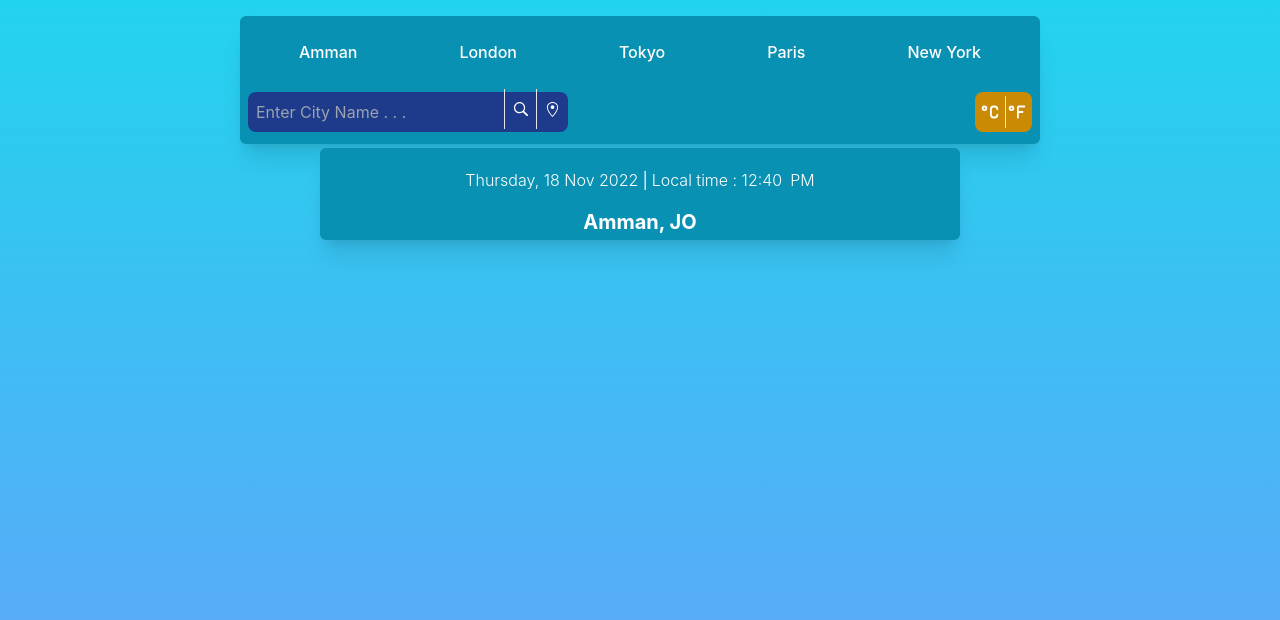
Repository: SaadYasin/next-js-forecast-tailwind
Page: /
The author's editor kept a copy of each file at every save. The page is drawn from the files as they stood at one save, then again after the next save.
The browser window is 1280 px wide. The pictures show the whole page.
The project was rebuilt for these pictures with package versions that can differ from the ones it lists, and the page was loaded fresh each time. The framework's server and built-in components were replaced by stand-ins that run in the browser.

Above is the page before, as saved 2022-11-18 22:26:40.

After the next save:
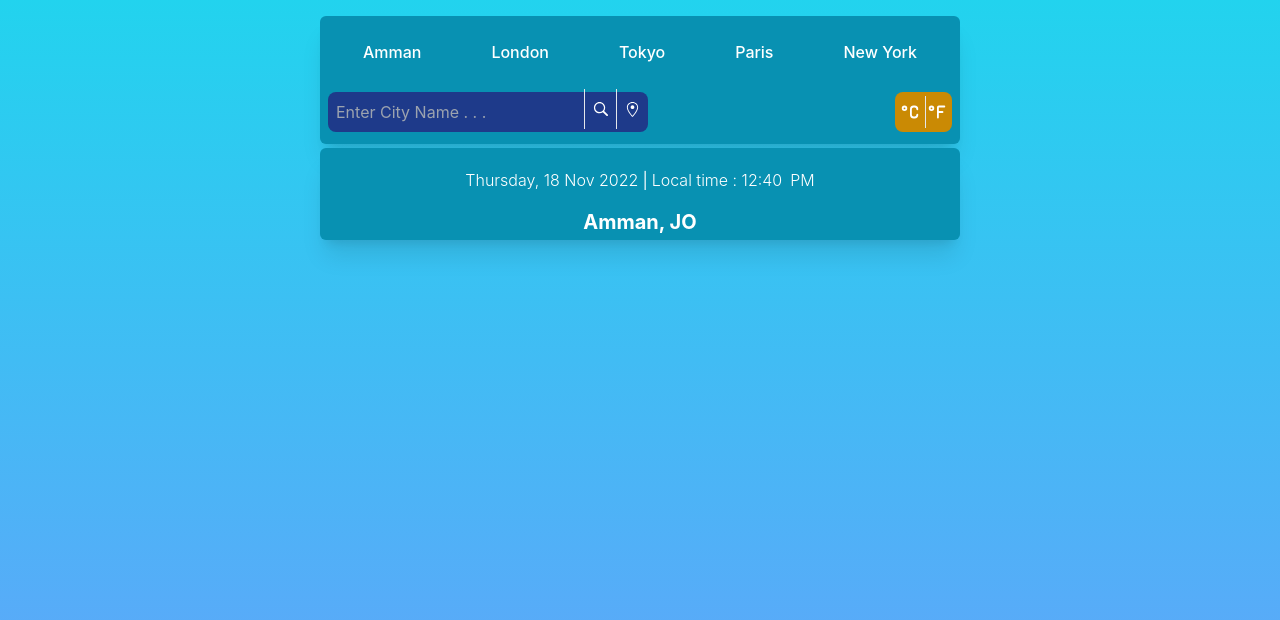
Saved 12 s later.
--- a/pages/index.js
+++ b/pages/index.js
@@ -10,7 +10,7 @@ export default function Home() {
         <title>Create Next App</title>
       </Head>
       <div className="bg-gradient-to-b from-cyan-400 to-blue-400 h-screen py-4">
-        <div className="text-white w-[22.5rem] md:w-3/4 lg:w-[50rem] bg-cyan-600 h-32 mx-auto px-2 rounded-md shadow-xl">
+        <div className="text-white w-[22.5rem] md:w-3/4 lg:w-[40rem] bg-cyan-600 h-32 mx-auto px-2 rounded-md shadow-xl">
           <TopButtons />
 
           <Input />
